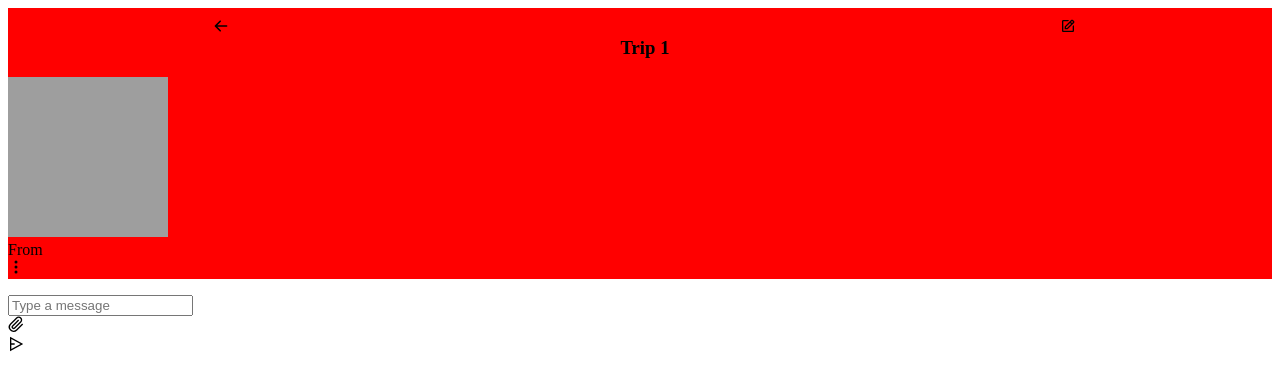
Repository: Abhi2359/PWA_Corider
Page: /
The author's editor kept a copy of each file at every save. The page is drawn from the files as they stood at one save, then again after a run of saves.
The browser window is 1280 px wide. The pictures show the whole page.
Pictures or frames that could not be fetched are drawn as grey boxes. The page's requests for data from a server got no answer. The project was rebuilt for these pictures with package versions that can differ from the ones it lists, and the page was loaded fresh each time. No one was signed in, and anything a server would have sent is missing. Also part of the build but not shown: vite.config.js, src/chatInput/Chat.css, src/chatInput/Chat.jsx, src/chatInput/ChatInput.css.

Above is the page before, as saved 2023-05-14 10:35:40.

### src/App.jsx
import { useEffect, useState } from "react";
import "./App.css?inline";
import { fetchData } from "./api/fetchData";
import Header from "./Header/Header";
import Chat from "./chatInput/Chat";
import ChatInput from "./chatInput/ChatInput";

function App() {
  const [data, setData] = useState([]);
  const [isLoading, setIsLoading] = useState(false);
  const [error, setError] = useState(null);
  const [page, setPage] = useState(1);
  const [from, setFrom] = useState("");
  const [to, setTo] = useState("");

  useEffect(() => {
    const fetchDataFromApi = async () => {
      setIsLoading(true);

      try {
        const apiData = await fetchData(page);
        // setFrom(apiData.from);
        // setTo(apiData.to);
        const apiResponse = apiData.chats;
        if (page === 1) {
          setFrom(apiData.from);
          setTo(apiData.to);
        }
        setData(apiResponse);
        s;
      } catch (error) {
        setError(error.message);
      }

      setIsLoading(false);
    };

    fetchDataFromApi();
  }, [page]);

  return (
    <>
      <div className="layout">
        <div className="header_section">
          <Header />
          <div className="chat_container">
            <ul className="chat_list">
              {data &&
                data.map((chat) => (
                  <li key={chat.id}>
                    <Chat message={chat.message} image={chat.sender.image} />
                  </li>
                ))}
            </ul>
            {isLoading && <p>Loading...</p>}
          </div>
        </div>
        <div >
          <footer className="footer">
            <ChatInput />

          </footer>
        </div>
      </div>
    </>
  );
}

export default App;

### src/App.css
.layout{
    position: relative;
width: 100%;

background: #FAF9F4;
border-radius: 32px;
}

### src/api/fetchData.jsx
import axios from "axios";

const API_URL = "http://3.111.128.67/assignment/chat";

export const fetchData = async (page) => {
    try {
      const response = await axios.get(`http://3.111.128.67/assignment/chat?page=${page}`, {
        params: { page },
      });
      return response.data;
    } catch (error) {
      throw new Error('Error while fetching data');
    }
  };

### src/Header/Header.jsx
import React from "react";
import { HiArrowLeft } from "react-icons/hi";
import { BiEdit } from "react-icons/bi";
import { BsThreeDotsVertical } from "react-icons/bs";
import styles from "./Header.css"
const Header = ({ from, to }) => {
  return (
    <>
      <div className="header">
        <div className="trip">
          <div className="icon">
            <HiArrowLeft />
          </div>
          <div className="trip_no">
            <h3>Trip 1</h3>
          </div>
          <div className="edit_icon">
            <BiEdit />
          </div>
        </div>
        <div className="trip_details">
          <div className="user_icon">
            <img
              src="https://fastly.picsum.photos/id/1072/160/160.jpg?hmac=IDpbpA5neYzFjtkdFmBDKXwgr-907ewXLa9lLk9JuA8"
              alt=""
            />
          </div>
          <div className="travel_data">From {from}</div>
          <div className="dot_icon">
            <BsThreeDotsVertical />
          </div>
        </div>
        <div className="line"></div>
      </div>
    </>
  );
};

export default Header;

### src/chatInput/ChatInput.jsx
import React from 'react'
import {GrAttachment}  from "react-icons/gr"
import {RiSendPlane2Line}  from "react-icons/ri"
import styles from "./ChatInput.css"
const ChatInput = () => {
  return (
  <>
  <footer>

  <div class="chat-input-container">
  <input type="text" class="chat-input" placeholder="Type a message"/>
  <div class="icon-container">
   <div className="attachment"><GrAttachment/></div>
   <div className="send"><RiSendPlane2Line/></div>
  </div>
</div>
  </footer>

  </>
  )
}

export default ChatInput

### src/Header/Header.css
.header{
    height: 30%;
    width: 100%;
    background-color: red;
}

.trip{
    padding-top: 10px;
    padding-left: 10px;
    display: flex;
    flex-direction: row;
    justify-content: space-around;
}

Loaded but not shown: index.html (common file); src/main.jsx (common file)

After the next 3 saves:
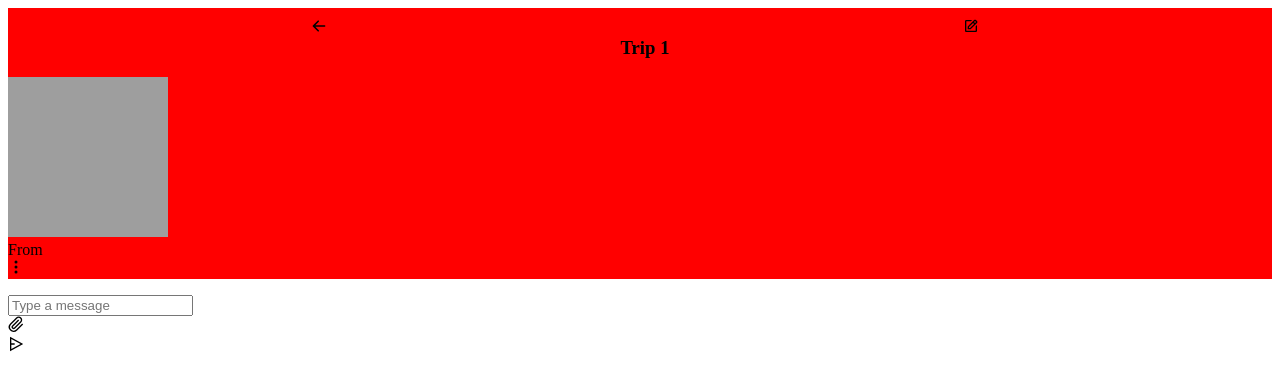
The 3 saves are shown as one change because they came seconds apart.
The last was saved 10 s later.
--- a/src/Header/Header.css
+++ b/src/Header/Header.css
@@ -9,5 +9,5 @@
     padding-left: 10px;
     display: flex;
     flex-direction: row;
-    justify-content: space-around;
+    justify-content: space-evenly;
 }
